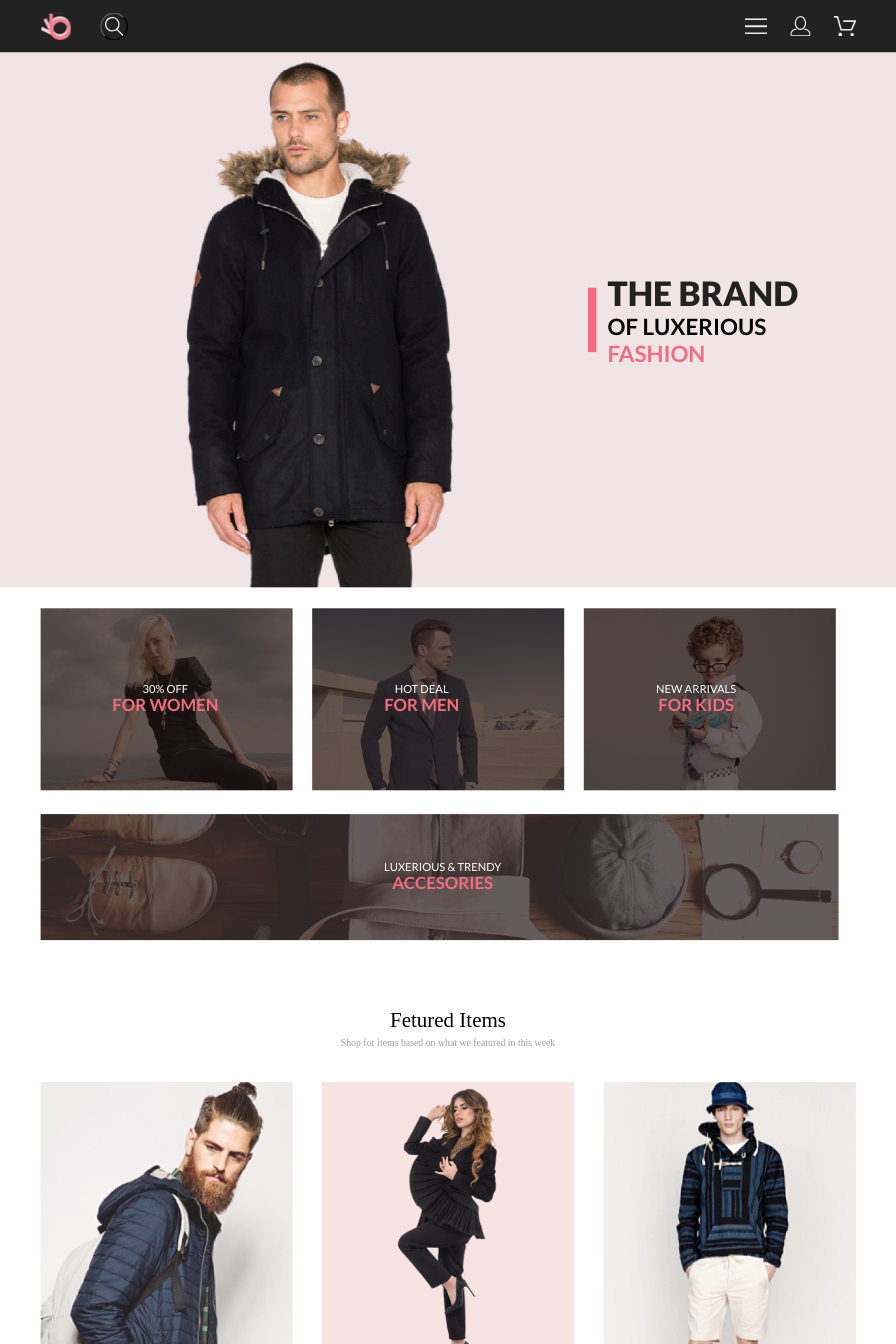
Repository: shtepaa/work-show-linkid
Page: les01/index.html
The author's editor kept a copy of each file at every save. The page is drawn from the files as they stood at one save, then again after a run of saves.
The browser window is 1280 px wide. The pictures show the part of the page from y = 0 to 1920 px (the page is 3886 px tall), at 70% of full size.

Above is the page before, as saved 2022-02-15 12:02:43.

After the next 2 saves:
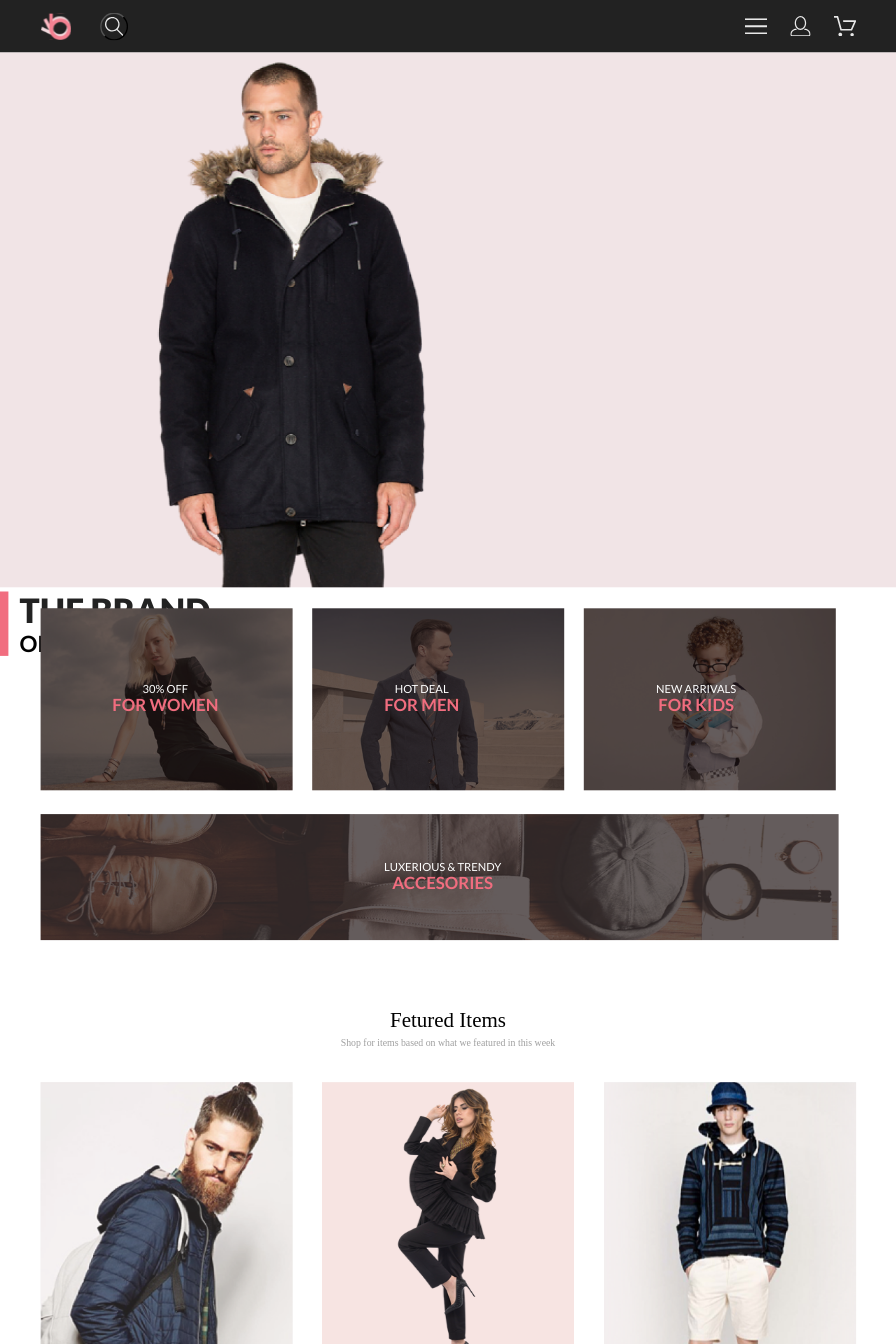
The 2 saves are shown as one change because they came seconds apart.
The last was saved 11 s later.
--- a/les01/style.css
+++ b/les01/style.css
@@ -66,14 +66,15 @@
   height: 92px;
   width: 12px;
 }
-.header-cover {
+/* .header-cover {
   width: 100%;
   display: flex;
   flex-direction: row;
   justify-content: space-between;
   width: 1200px;
   margin: 0 auto;
-}
+} */
+
 nav {
   justify-content: space-between;
   flex-direction: row;

After the save that followed:
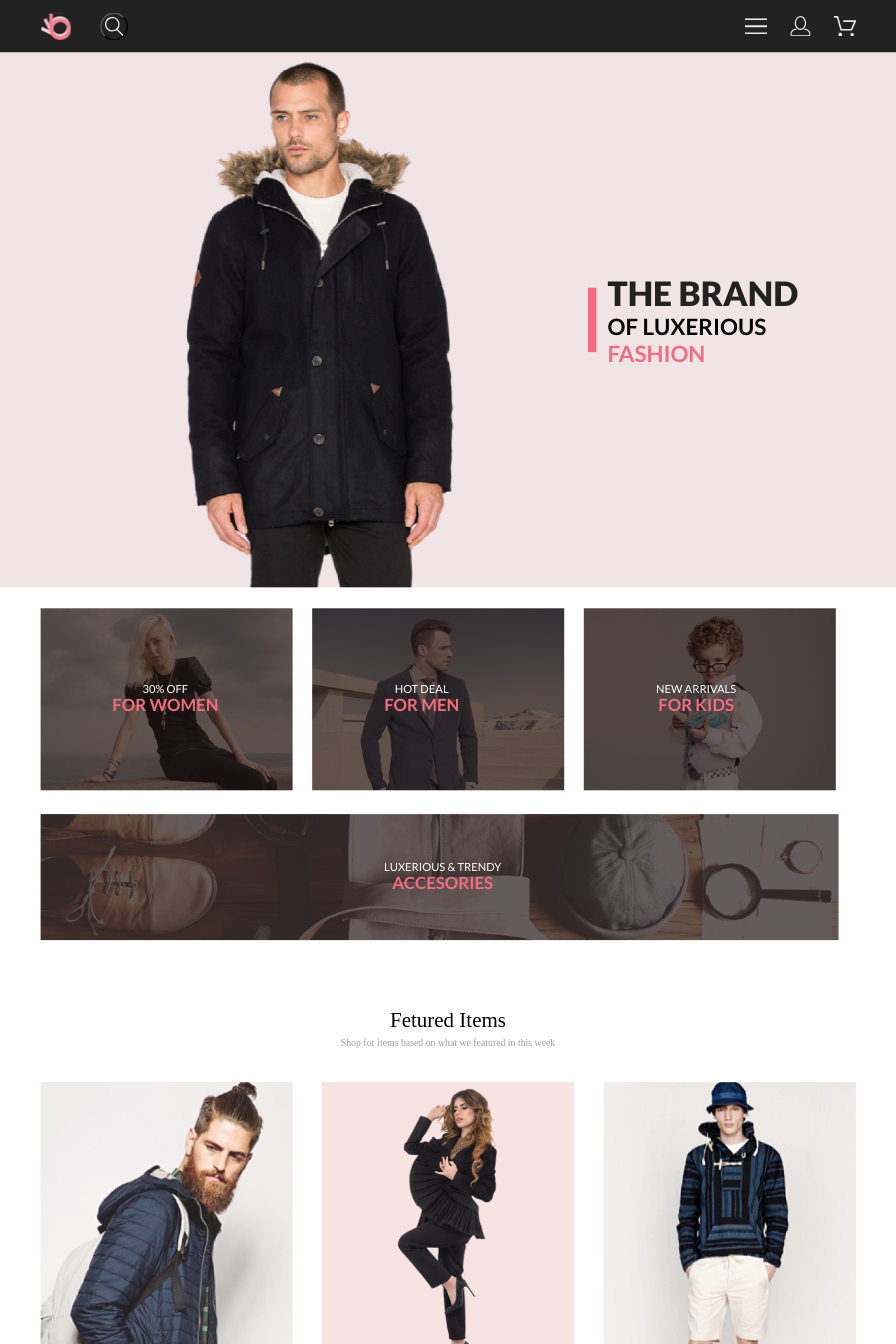
Saved 31 s later.
--- a/les01/style.css
+++ b/les01/style.css
@@ -66,14 +66,14 @@
   height: 92px;
   width: 12px;
 }
-/* .header-cover {
+.header-cover {
   width: 100%;
   display: flex;
   flex-direction: row;
   justify-content: space-between;
   width: 1200px;
   margin: 0 auto;
-} */
+}
 
 nav {
   justify-content: space-between;
